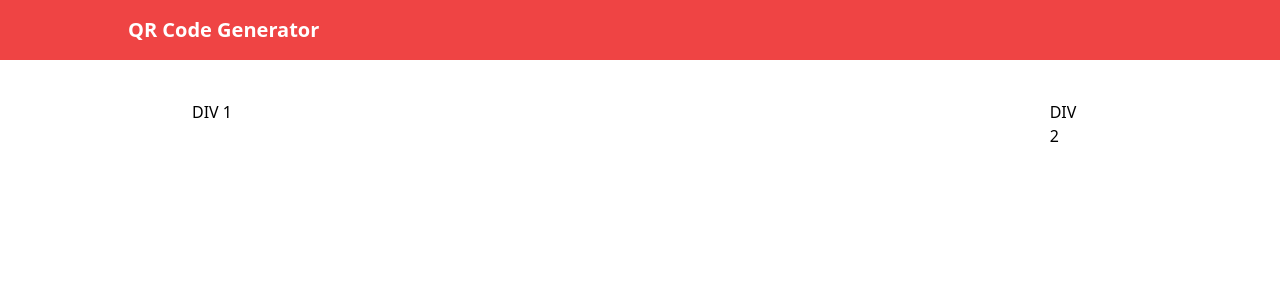
Repository: Ellisvelandia/QR-generator
Page: index.html
An editor plug-in stored every save of this project. The page is shown before and after a run of saves, followed by the edit.
The browser window is 1280 px wide. The pictures show the whole page.
Some web libraries are served in a nearby version.

Above is the page before, as saved 2022-08-21 20:44:50.

After the next 2 saves:
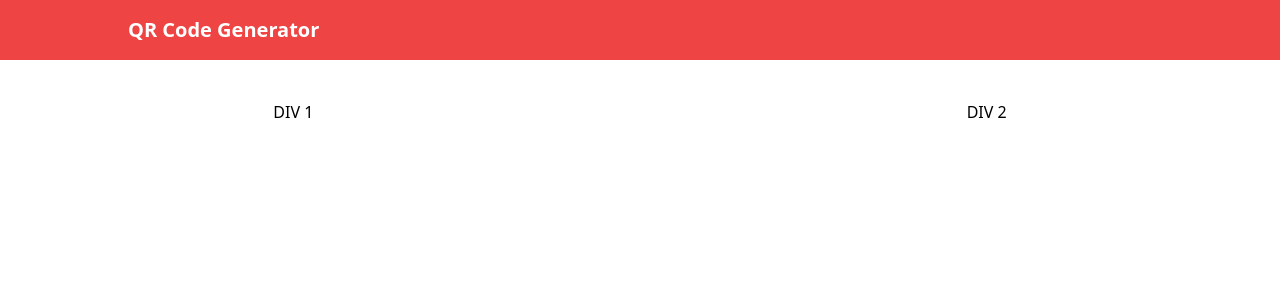
The 2 saves are shown as one change because they came seconds apart.
The last was saved 8 s later.
--- a/index.html
+++ b/index.html
@@ -37,7 +37,7 @@
       <div
         class="flex flex-col-reverse align-center justify-center m-auto md:max-w-4xl md:flex-row"
       >
-        <div class="w-full md:w">DIV 1</div>
+        <div class="w-full md:w-2/3 mr-24">DIV 1</div>
         <div>DIV 2</div>
       </div>
     </main>
